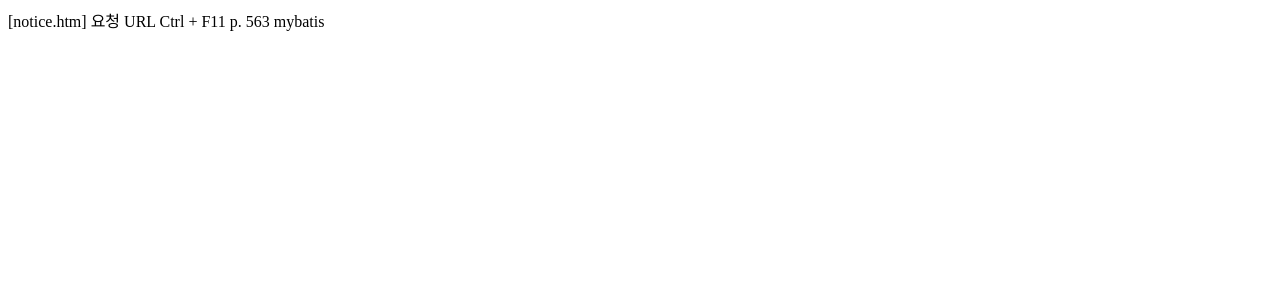
Repository: Vida0822/-
Page: SL11_SECURITY/src/main/webapp/customer/notice.htm
An editor plug-in stored every save of this project. The page is shown before and after the next save, followed by the edit.
The browser window is 1280 px wide. The pictures show the whole page.

Above is the page before, as saved 2023-07-04 01:26:19.

### SL11_SECURITY/src/main/webapp/customer/notice.htm
[notice.htm] 요청 URL
Ctrl + F11

p. 563 mybatis

After the next save:
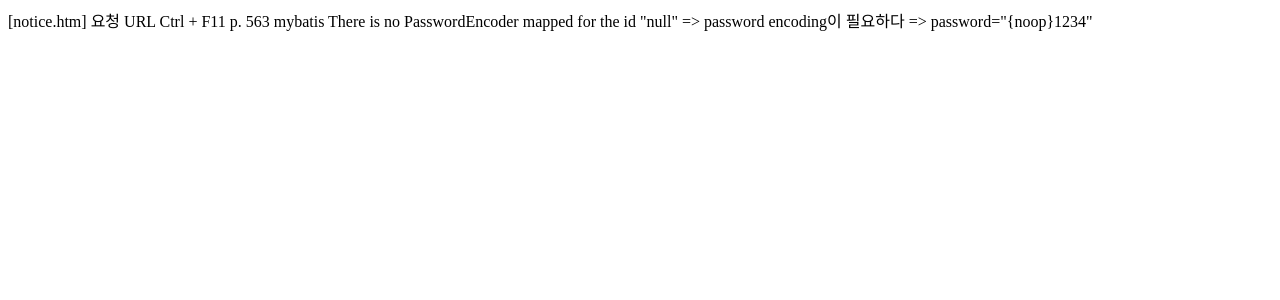
Saved 19 s later.
--- a/SL11_SECURITY/src/main/webapp/customer/notice.htm
+++ b/SL11_SECURITY/src/main/webapp/customer/notice.htm
@@ -2,3 +2,10 @@
 Ctrl + F11
 
 p. 563 mybatis
+
+
+
+There is no PasswordEncoder mapped for the id "null"
+=> password encoding이 필요하다
+
+=> password="{noop}1234"
